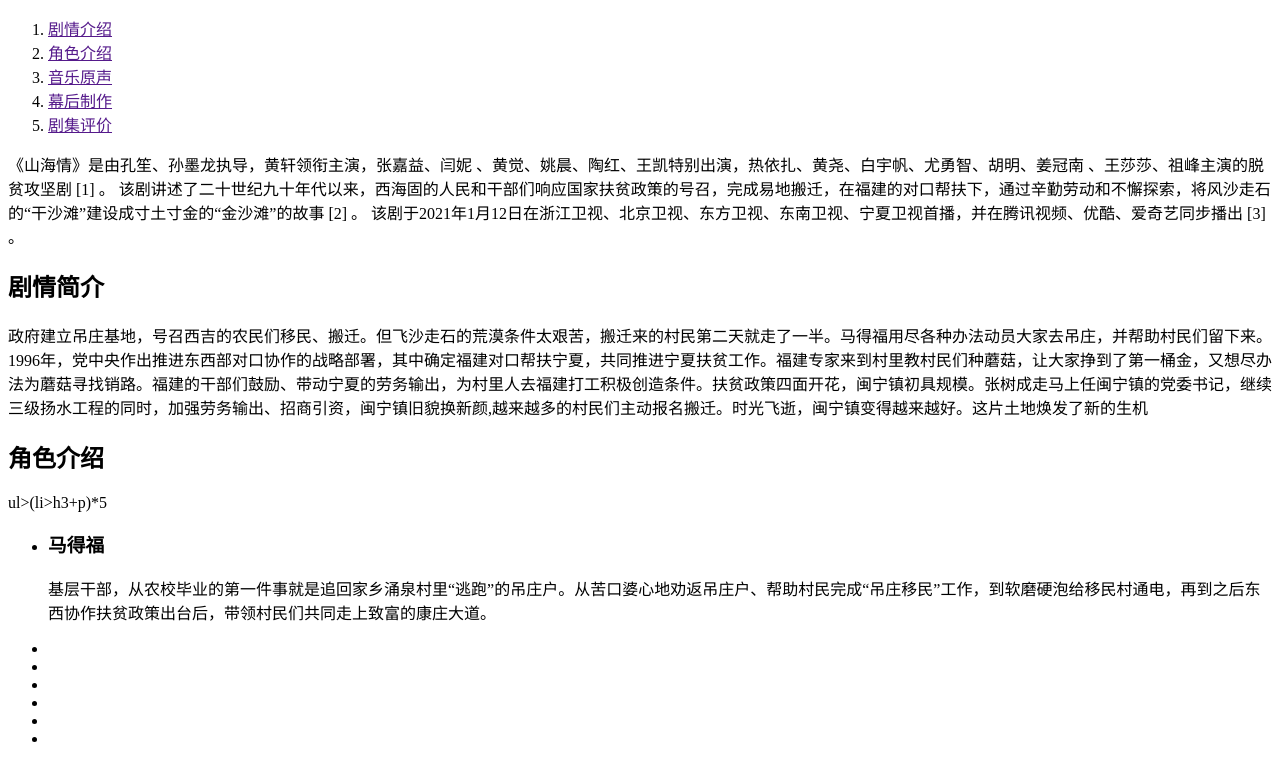
Repository: Lixianlai-2/static-website
Page: index.html
These files come from the project's save history. The page is drawn as it stood at one moment and after the next save; the edit follows.
The browser window is 1280 px wide. The pictures show the whole page.

Above is the page before, as saved 2021-11-29 23:18:22.

### index.html
<!DOCTYPE html>
<html lang="zh-CN">
  <head>
    <meta charset="UTF-8" />
    <meta http-equiv="X-UA-Compatible" content="IE=edge" />
    <meta
      name="viewport"
      content="width=device-width, initial-scale=1.0"
      content="ie=edge"
    />
    <title>山海情</title>

    <style>
      img {
        max-width: 100%;
      }
    </style>
  </head>
  <body>
    <nav>
      <ol>
        <li><a href="">剧情介绍</a></li>
        <li><a href="">角色介绍</a></li>
        <li><a href="">音乐原声</a></li>
        <li><a href="">幕后制作</a></li>
        <li><a href="">剧集评价</a></li>
      </ol>
    </nav>

    <p>
      《山海情》是由孔笙、孙墨龙执导，黄轩领衔主演，张嘉益、闫妮
      、黄觉、姚晨、陶红、王凯特别出演，热依扎、黄尧、白宇帆、尤勇智、胡明、姜冠南
      、王莎莎、祖峰主演的脱贫攻坚剧 [1] 。
      该剧讲述了二十世纪九十年代以来，西海固的人民和干部们响应国家扶贫政策的号召，完成易地搬迁，在福建的对口帮扶下，通过辛勤劳动和不懈探索，将风沙走石的“干沙滩”建设成寸土寸金的“金沙滩”的故事
      [2] 。
      该剧于2021年1月12日在浙江卫视、北京卫视、东方卫视、东南卫视、宁夏卫视首播，并在腾讯视频、优酷、爱奇艺同步播出
      [3] 。
    </p>

    <h2>剧情简介</h2>
    <p>
      政府建立吊庄基地，号召西吉的农民们移民、搬迁。但飞沙走石的荒漠条件太艰苦，搬迁来的村民第二天就走了一半。马得福用尽各种办法动员大家去吊庄，并帮助村民们留下来。1996年，党中央作出推进东西部对口协作的战略部署，其中确定福建对口帮扶宁夏，共同推进宁夏扶贫工作。福建专家来到村里教村民们种蘑菇，让大家挣到了第一桶金，又想尽办法为蘑菇寻找销路。福建的干部们鼓励、带动宁夏的劳务输出，为村里人去福建打工积极创造条件。扶贫政策四面开花，闽宁镇初具规模。张树成走马上任闽宁镇的党委书记，继续三级扬水工程的同时，加强劳务输出、招商引资，闽宁镇旧貌换新颜,越来越多的村民们主动报名搬迁。时光飞逝，闽宁镇变得越来越好。这片土地焕发了新的生机
    </p>

    <h2>角色介绍</h2>
    ul>(li>h3+p)*5
    <ul>
      <li>
        <h3>马得福</h3>
        <p>
          基层干部，从农校毕业的第一件事就是追回家乡涌泉村里“逃跑”的吊庄户。从苦口婆心地劝返吊庄户、帮助村民完成“吊庄移民”工作，到软磨硬泡给移民村通电，再到之后东西协作扶贫政策出台后，带领村民们共同走上致富的康庄大道。
        </p>
      </li>
      <li></li>
      <li></li>
      <li></li>
      <li></li>
      <li></li>
      <li></li>
    </ul>
  </body>
</html>

After the next save:
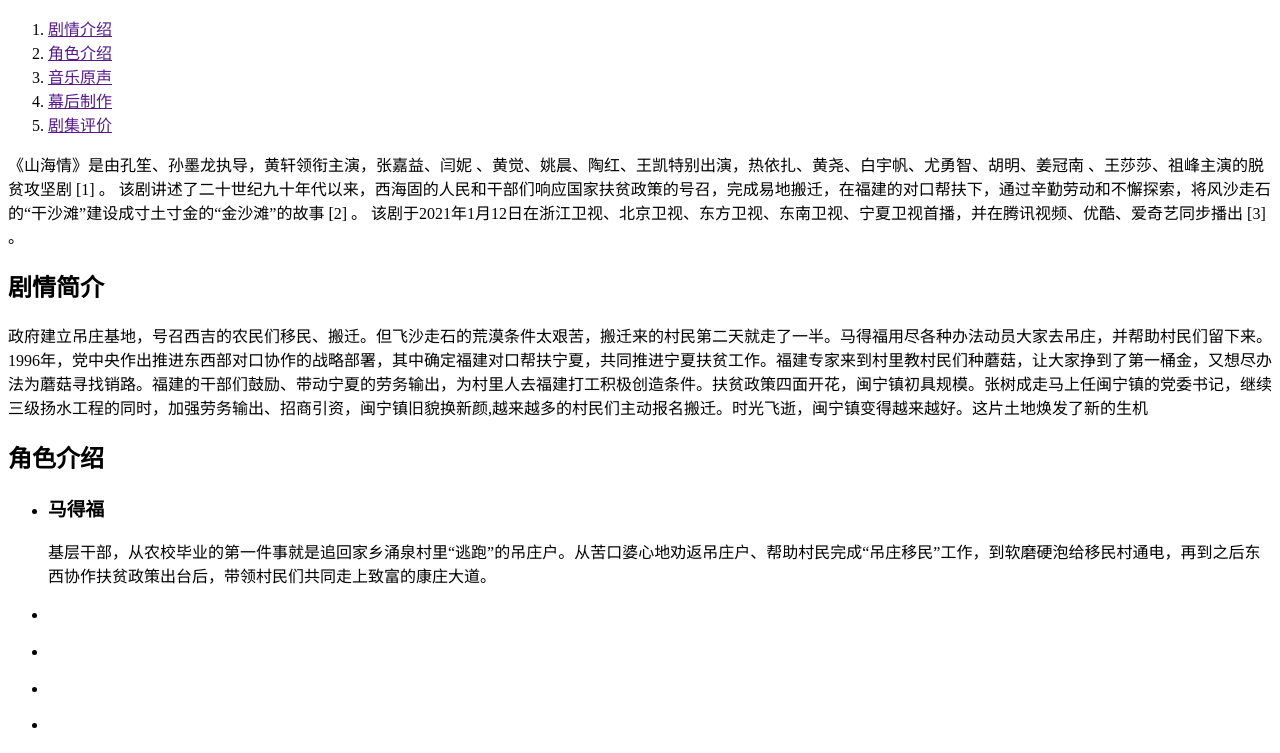
Saved 28 s later.
--- a/index.html
+++ b/index.html
@@ -43,7 +43,6 @@
     </p>
 
     <h2>角色介绍</h2>
-    ul>(li>h3+p)*5
     <ul>
       <li>
         <h3>马得福</h3>
@@ -51,12 +50,22 @@
           基层干部，从农校毕业的第一件事就是追回家乡涌泉村里“逃跑”的吊庄户。从苦口婆心地劝返吊庄户、帮助村民完成“吊庄移民”工作，到软磨硬泡给移民村通电，再到之后东西协作扶贫政策出台后，带领村民们共同走上致富的康庄大道。
         </p>
       </li>
-      <li></li>
-      <li></li>
-      <li></li>
-      <li></li>
-      <li></li>
-      <li></li>
+      <li>
+        <h3></h3>
+        <p></p>
+      </li>
+      <li>
+        <h3></h3>
+        <p></p>
+      </li>
+      <li>
+        <h3></h3>
+        <p></p>
+      </li>
+      <li>
+        <h3></h3>
+        <p></p>
+      </li>
     </ul>
   </body>
 </html>
